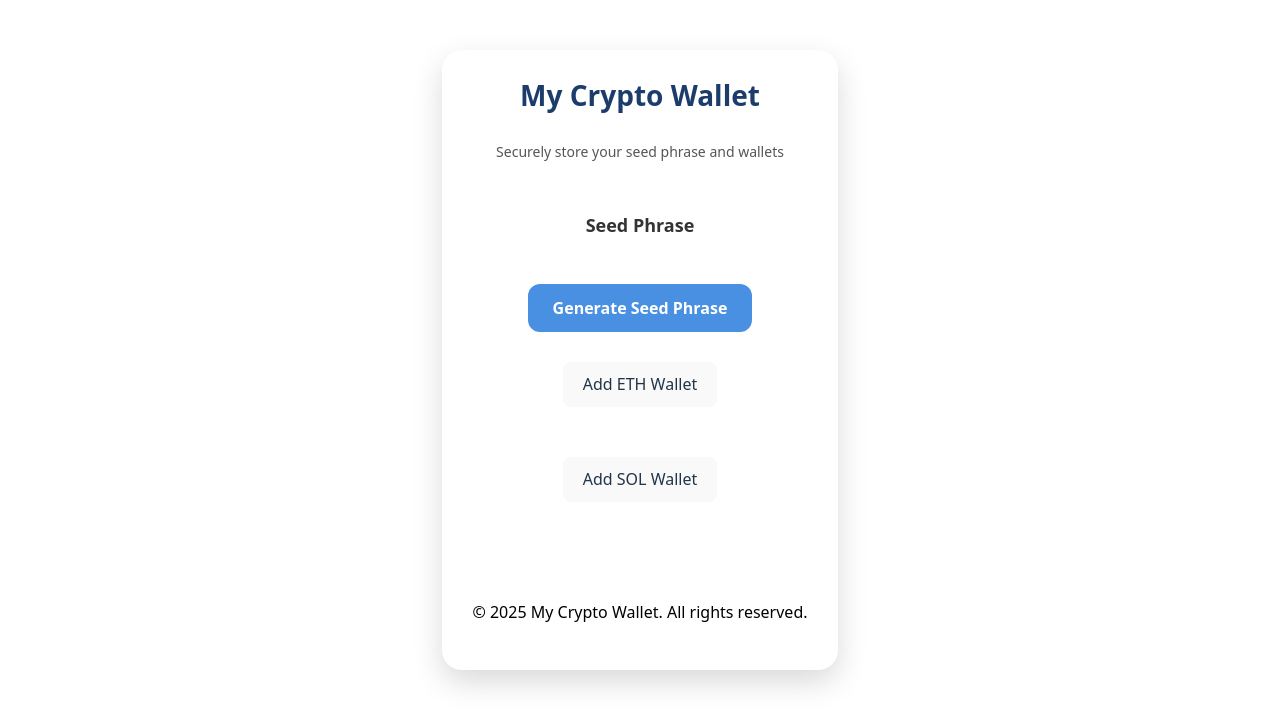
Repository: nishantsingh02/web-based-wallet-web-3
Page: /
The author's editor kept a copy of each file at every save. The page is drawn from the files as they stood at one save, then again after a run of saves.
The browser window is 1280 px wide. The pictures show the whole page.
The project was rebuilt for these pictures with package versions that can differ from the ones it lists, and the page was loaded fresh each time. Also part of the build but not shown: vite.config.ts.

Above is the page before, as saved 2025-10-07 02:14:14.

After the next 2 saves:
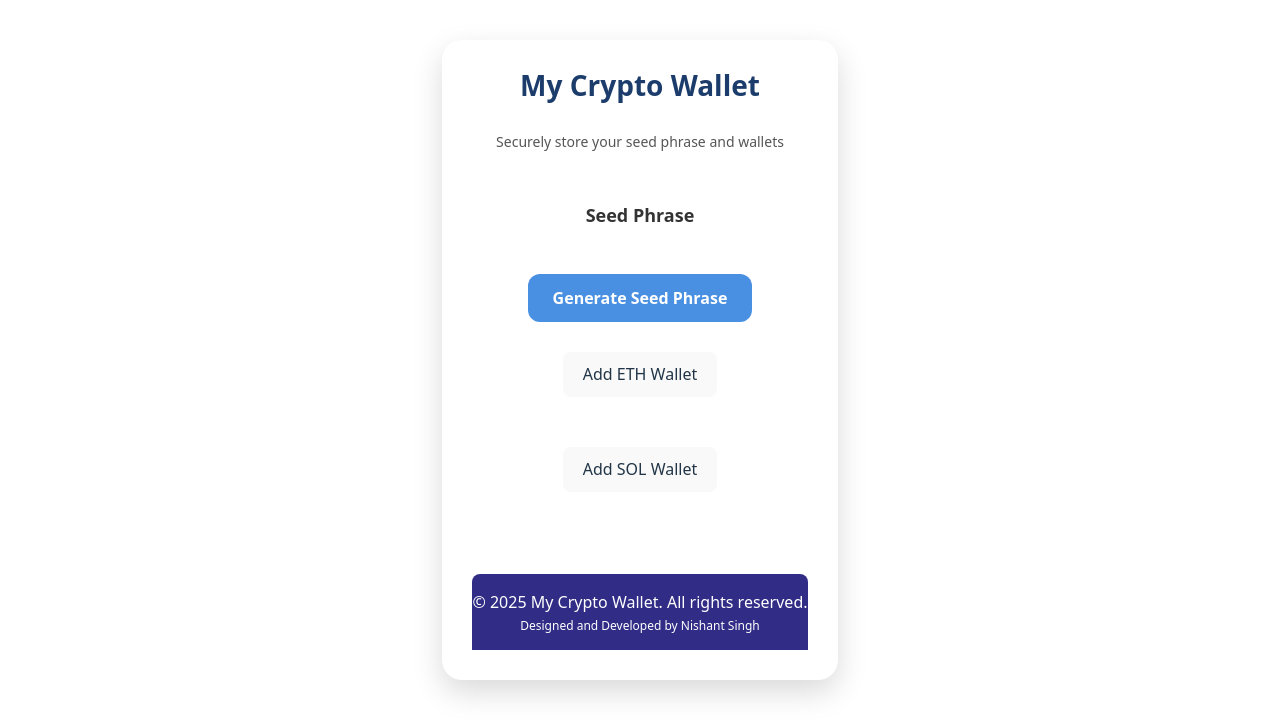
The 2 saves are shown as one change because they came seconds apart.
The last was saved 3 min 10 s later.
--- a/src/App.tsx
+++ b/src/App.tsx
@@ -54,9 +54,11 @@ function App() {
 
         {/* SOL Wallet Section */}
         <SOL_wallet mnemonic={mnemonic} />
-      <div className="w-full text-black text-center py-4 mt-8 rounded-t-lg">
-  <p className="text-sm sm:text-base">© 2025 My Crypto Wallet. All rights reserved.</p>
+      <div className="w-full bg-indigo-900 text-white text-center py-4 mt-8 rounded-t-lg">
+  <p class="text-sm sm:text-base">© 2025 My Crypto Wallet. All rights reserved.</p>
+  <p class="text-xs mt-1">Designed and Developed by Nishant Singh</p>
 </div>
+
 
       </div>
 
